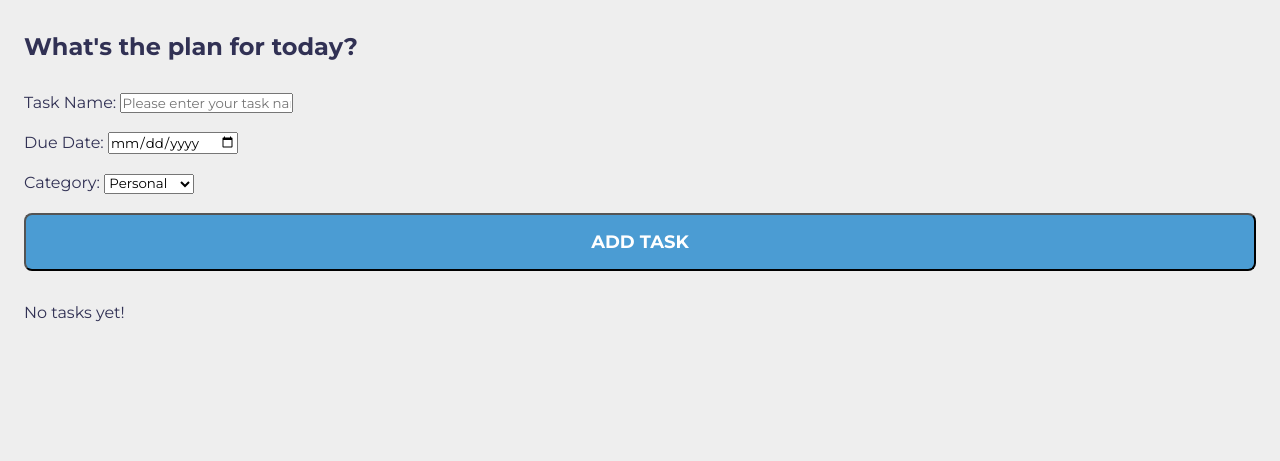
Repository: comp426-2023-spring/a99-SnowPile
Page: http://localhost/
An editor plug-in stored every save of this project. The page is shown before and after the next save, followed by the edit.
The browser window is 1280 px wide. The pictures show the whole page.
Some web fonts or font styles are not loaded; a fallback is used. The page is served by the project's Node server (app.js).

Above is the page before, as saved 2023-04-15 21:27:10.

### frontend/views/index.ejs
<!DOCTYPE html>
<html>
  <head>
    <title>Todo List</title>
    <!-- CSS import -->
    <link rel="stylesheet" type="text/css" href="/style.css"/>

    <!-- Set font -->
    <link rel="preconnect" href="https://fonts.googleapis.com">
    <link rel="preconnect" href="https://fonts.gstatic.com" crossorigin>
    <link href="https://fonts.googleapis.com/css2?family=Fira+Sans:ital,wght@0,400;0,700;0,900;1,400&family=Montserrat:ital,wght@0,400;0,700;0,900;1,400&display=swap" rel="stylesheet">
  </head>
  <body>
    <!-- Greeting -->
    <section class="greeting">
      <h2>What's the plan for today?</h2>
    </section>


    <!-- New Todo -->
    <section class="create-todo">
      <form action="/addTask" method="POST">

        <label for="taskName">Task Name:</label>
        <input type="text" placeholder="Please enter your task name" id="taskName" name="taskName" required><br><br>

        <label for="dueDate">Due Date:</label>
        <input type="date" id="dueDate" name="dueDate" required><br><br>

        <label for="category">Category:</label>
        <select id="category" name="category">
          <option value="Personal">Personal</option>
          <option value="Academic">Academic</option>
          <option value="Work">Work</option>
        </select><br><br>

        <input type="submit" value="Add Task">

      </form>
    </section>
    <!-- Display todo list -->
    <section class="todo-list">
      <% if (tasks.length === 0) { %>
        <p>No tasks yet!</p>
      <% } else { %>
        <table>
          <tr>
            <th>Task Name</th>
            <th>Due Date</th>
            <th>Category</th>
            <th>Edit</th>
          </tr>
          <% for (let i = 0; i < tasks.length; i++) { %>
            <tr>
              <td><%= tasks[i].name %></td>
              <td><%= tasks[i].due %></td>
              <td><%= tasks[i].category %></td>
              <td>
                <form action="/editTask/<%= i %>" method="POST">
                  <input type="text" name="taskName" value="<%= tasks[i].name %>" required>
                  <input type="date" name="dueDate" value="<%= tasks[i].due %>" required>
                  <input type="submit" value="Edit">
                </form>
              </td>
            </tr>
          <% } %>
        </table>
      <% } %>
    </section>
  </body>
</html>

### frontend/app.js
const express = require('express');
const bodyParser = require('body-parser');
const app = express();
const port = 3000;

// set up body-parser middleware
app.use(bodyParser.urlencoded({ extended: false }));

// set up view engine
app.set('view engine', 'ejs');

// set up static folder
app.use(express.static('public'));

// initialize tasks array
let tasks = [];

// render index page with tasks array
app.get('/', (req, res) => {
  res.render('index', { tasks: tasks });
});

// create new task and add to tasks array
app.post('/addTask', (req, res) => {
  const taskName = req.body.taskName;
  const dueDate = req.body.dueDate;
  const category = req.body.category;

  const newTask = {
    name: taskName,
    due: dueDate,
    category: category,
  };

  tasks.push(newTask);
  res.redirect('/');
});

// edit existing task
app.post('/editTask/:id', (req, res) => {
  const id = req.params.id;
  const taskName = req.body.taskName;
  const dueDate = req.body.dueDate;

  tasks[id].name = taskName;
  tasks[id].due = dueDate;

  res.redirect('/');
});

// start server
app.listen(port, () => {
  console.log(`App listening at http://localhost:${port}`);
});

### frontend/public/style.css
* {
	margin: 0;
	padding: 0;
	box-sizing: border-box;
	font-family: 'montserrat', sans-serif;
}

body {
	background: #EEE;
	color: #313154;

}
section {
	margin-top: 2rem;
	margin-bottom: 2rem;
	padding-left: 1.5rem;
	padding-right: 1.5rem;
}

h2{
    color: #313154;
}

.mainInfo{
	display: flex;
	color: aqua !important;
}

.create-todo input[type="submit"]{
	display: block;
	width: 100%;
	font-size: 1.125rem;
	padding: 1rem 1.5rem;
	color: #FFF;
	font-weight: 700;
	text-transform: uppercase;
	background-color: #4B9CD3;
	box-shadow: #13294B;
	border-radius: 0.5rem;
	cursor: pointer;
	transition: 0.2s ease-out;
}
.create-todo input[type="submit"]:hover {
	opacity: 0.75;
}

After the next save:
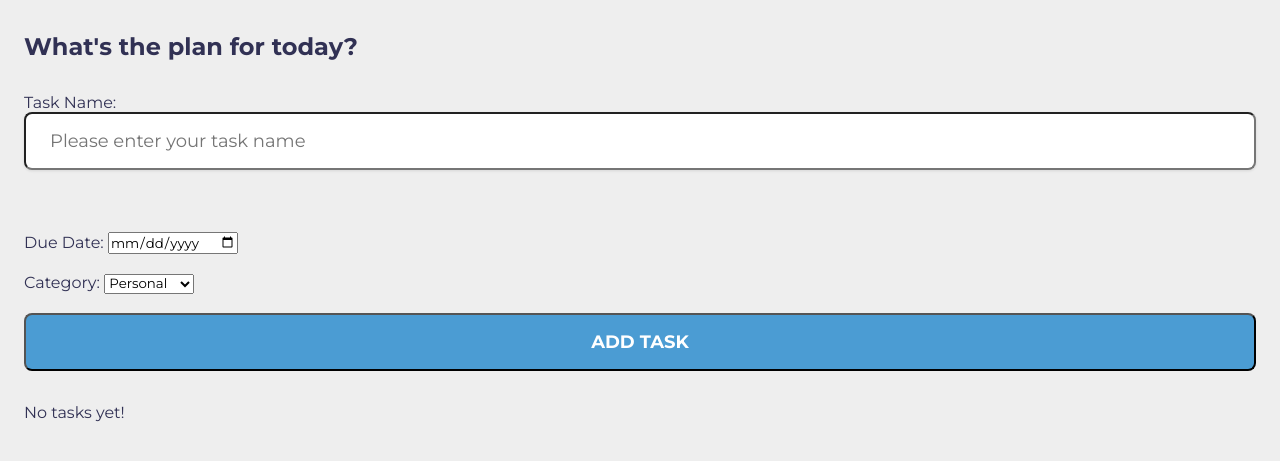
Saved 103 s later.
--- a/frontend/public/style.css
+++ b/frontend/public/style.css
@@ -21,9 +21,17 @@ h2{
     color: #313154;
 }
 
-.mainInfo{
-	display: flex;
-	color: aqua !important;
+
+.create-todo input[type="text"] {
+	display: block;
+	width: 100%;
+	font-size: 1.125rem;
+	padding: 1rem 1.5rem;
+	color: #313154;
+	background-color: #FFF;
+	border-radius: 0.5rem;
+	box-shadow: 0 1px 3px rgba(0, 0, 0, 0.1);
+	margin-bottom: 1.5rem;
 }
 
 .create-todo input[type="submit"]{
